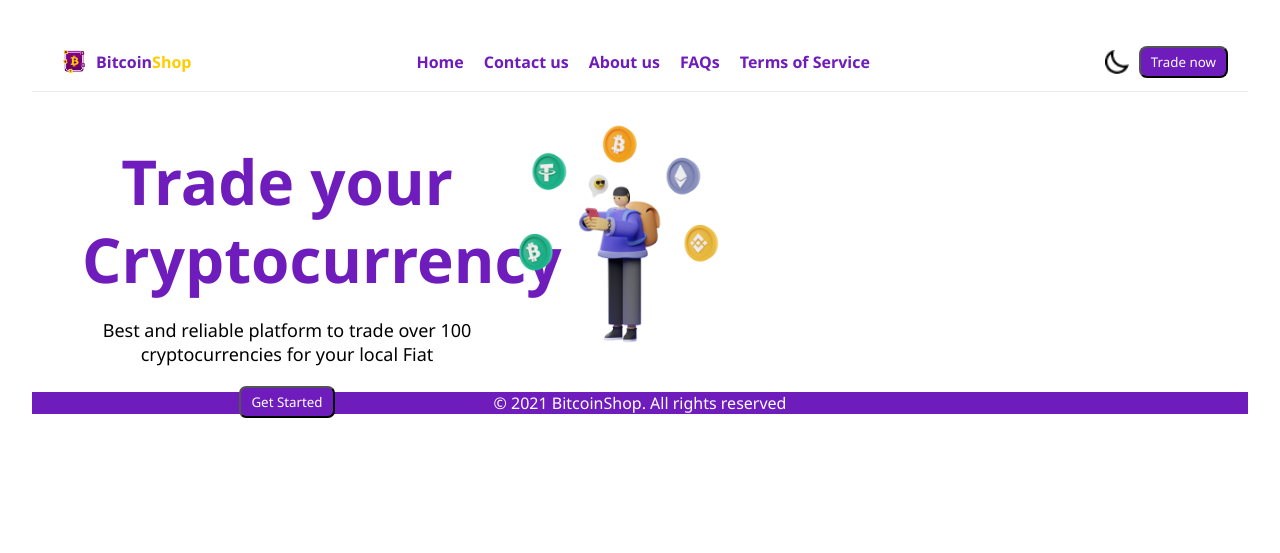
Repository: akinmiday/bitcoinshop-website
Page: /
These files come from the project's save history. The page is drawn as it stood at one moment and after the next save; the edit follows.
The browser window is 1280 px wide. The pictures show the whole page.
The project was rebuilt for these pictures with package versions that can differ from the ones it lists, and the page was loaded fresh each time. Also part of the build but not shown: vite.config.js.

Above is the page before, as saved 2023-07-10 15:56:08.

### src/App.jsx
import React from 'react'
import { Route, createBrowserRouter, RouterProvider, createRoutesFromElements } from "react-router-dom"
import './App.css'
import Layout from './components/layout'
import TitlePage from './pages/title'



const router = createBrowserRouter(createRoutesFromElements(
  <Route path='/' element={<Layout />} >
    <Route index element={<TitlePage />} />
  </Route>
))

function App() {

  return (
    <RouterProvider router={router} />
  )
}

export default App

### src/index.css
*{
    margin: 0;
    padding: 0;
    box-sizing: border-box;
    font-family: 'Segoe UI', Tahoma, Geneva, Verdana, sans-serif ;
}

.header{
    display: flex;
    color:#6E1CBC;
    display: flex;
    align-items: center;
    border-bottom: #EAEAEA solid 1px;
    height: 60px;
    flex-shrink: 0;
    justify-content: space-between;
    padding: 20px;
}


.right-side-header{
    display: flex;
    align-items: center;
    font-weight: 500;
}

.right-side-header > img{
    padding: 10px;
    height: 44px;

}

.shop-logo{
    color:#FFCC00 ;
}


.middle-section-header {
    display: flex;
    justify-content: center;
    align-items: center;
    gap: 20px;
}

.right-side-header >button {
    background-color: #6E1CBC;
    color: #ffffff;
    padding: 5px 10px;
    border-radius: 8px;
}

.footer{
    background-color: #6E1CBC;
    color: #ffffff;
    display: flex;
    justify-content: center;
    align-items: center;
    margin-top: auto;
    flex-shrink: 0;
}

.title-section{
    display: flex;
    padding: 30px;
    height: 300px;
}

.left-side-title{
    width: 450px;
    padding: 20px;
}

.left-side-title > h1{
    color: #6E1CBC;
    font-size: 62px;
    font-style: normal;
    font-weight: 700;
    line-height: 78px;


}

.left-side-title > p{
    font-size: 18px;
    padding: 20px 0;
}

.left-side-title >button{
    color: #ffffff;
    background-color: #6E1CBC;
    padding: 5px 10px;
    border-radius: 7px;
    text-align: center;
}

### src/components/layout.jsx
import React from "react";
import { Outlet } from "react-router-dom";
import Header from "./header";
import Footer from "./footer";
import TitlePage from "../pages/title";

export default function Layout() {
    return (<>
        <Header />
        <main>
            <Outlet />
        </main>
        <Footer />
    </>)
}

### src/pages/title.jsx
import React from "react";
import groupIcons from "../assets/Group-icons-title.png"

export default function TitlePage() {
    return (
        <div className="title-section" >
            <div className="left-side-title" >
                <h1>Trade your Cryptocurrency</h1>
                <p>Best and reliable platform to trade over 100 cryptocurrencies for your local Fiat</p>
                <button>Get Started</button>
            </div>
            <img src={groupIcons} />
        </div>
    )
}

### src/components/header.jsx
import React from "react";
import logoImg from "../assets/bitcoinshop-logo.png"
import lightIcon from "../assets/Light-icon.png"


export default function Header() {
    return (<div className="header" >
        <div className="right-side-header" ><img src={logoImg} />
            <h4>Bitcoin<span className="shop-logo" >Shop</span></h4>
        </div>
        <div className="middle-section-header" >
            <h4>Home</h4>
            <h4>Contact us</h4>
            <h4>About us</h4>
            <h4>FAQs</h4>
            <h4>Terms of Service</h4>
        </div>
        <div className="right-side-header" >
            <img src={lightIcon} />
            <button>Trade now</button>
        </div>


    </div>)
}

### src/components/footer.jsx
import React from "react";

export default function Footer() {
    return (<>
        <div className="footer" >&#169; 2021 BitcoinShop. All rights reserved</div>
    </>)
}

Loaded but not shown: src/main.jsx (common file); src/App.css (common file)

After the next save:
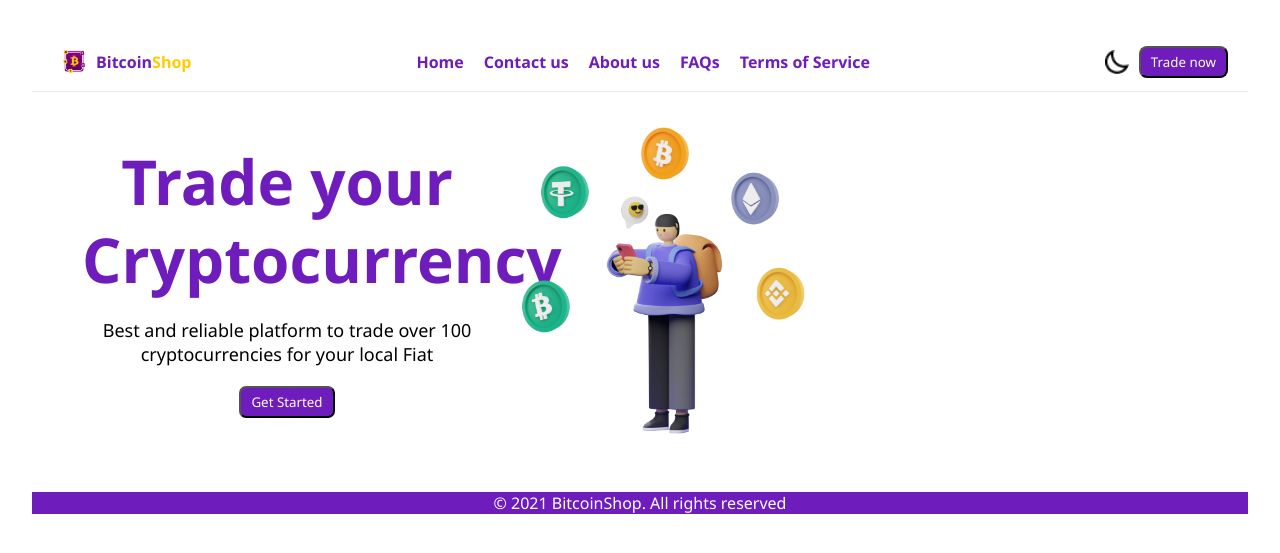
Saved 7 s later.
--- a/src/index.css
+++ b/src/index.css
@@ -62,7 +62,7 @@
 .title-section{
     display: flex;
     padding: 30px;
-    height: 300px;
+    height: 400px;
 }
 
 .left-side-title{
